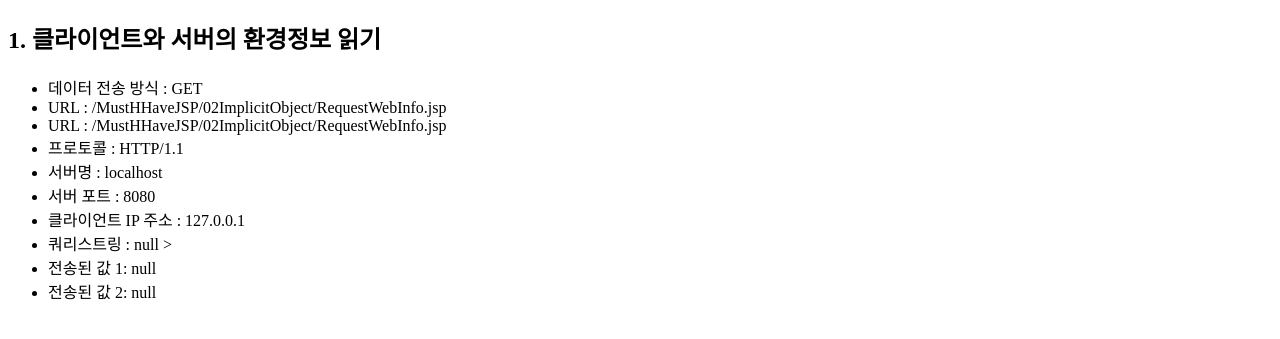
Repository: jjunyuongv/JSP_Servlet
Page: http://localhost/MustHHaveJSP/02ImplicitObject/RequestWebInfo.jsp
The author's editor kept a copy of each file at every save. The page is drawn from the files as they stood at one save, then again after the next save.
The browser window is 1280 px wide. The pictures show the whole page.
The page is served by Tomcat 10. Other server files are loaded and not shown.

Above is the page before, as saved 2025-05-02 06:12:15.

### MustHHaveJSP/src/main/webapp/02ImplicitObject/RequestWebInfo.jsp
<%@ page language="java" contentType="text/html; charset=UTF-8"
    pageEncoding="UTF-8"%>
<!DOCTYPE html>
<html>
	<head>
	<meta charset="UTF-8">
	<title>내장 객체 - request</title>
	</head>
	<body>
		<h2>1. 클라이언트와 서버의 환경정보 읽기</h2>
		<ul>
			<li>데이터 전송 방식 : <%= request.getMethod() %></li>
			<li>URL : <%= request.getRequestURI() %></li>
			<li>URL : <%= request.getRequestURI() %></li>
			<li>프로토콜 : <%=request.getProtocol() %></li>
			<li>서버명 : <%=request.getServerName() %></li>
			<li>서버 포트 : <%=request.getServerPort() %></li>
			<li>클라이언트 IP 주소 : <%=request.getRemoteAddr() %></li>
			<li>쿼리스트링 : <%= request.getQueryString() %> ></li>
			<li>전송된 값 1: <%= request.getParameter("eng") %></li>
			<li>전송된 값 2: <%= request.getParameter("han") %></li>
		</ul>

	</body>
</html>

After the next save:
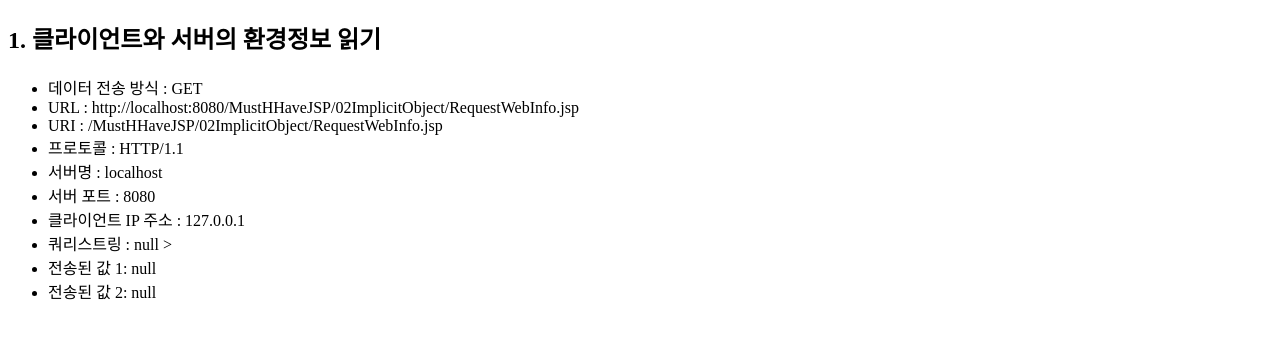
Saved 64 s later.
--- a/MustHHaveJSP/src/main/webapp/02ImplicitObject/RequestWebInfo.jsp
+++ b/MustHHaveJSP/src/main/webapp/02ImplicitObject/RequestWebInfo.jsp
@@ -10,8 +10,8 @@
 		<h2>1. 클라이언트와 서버의 환경정보 읽기</h2>
 		<ul>
 			<li>데이터 전송 방식 : <%= request.getMethod() %></li>
-			<li>URL : <%= request.getRequestURI() %></li>
-			<li>URL : <%= request.getRequestURI() %></li>
+			<li>URL : <%= request.getRequestURL() %></li>
+			<li>URI : <%= request.getRequestURI() %></li>
 			<li>프로토콜 : <%=request.getProtocol() %></li>
 			<li>서버명 : <%=request.getServerName() %></li>
 			<li>서버 포트 : <%=request.getServerPort() %></li>
